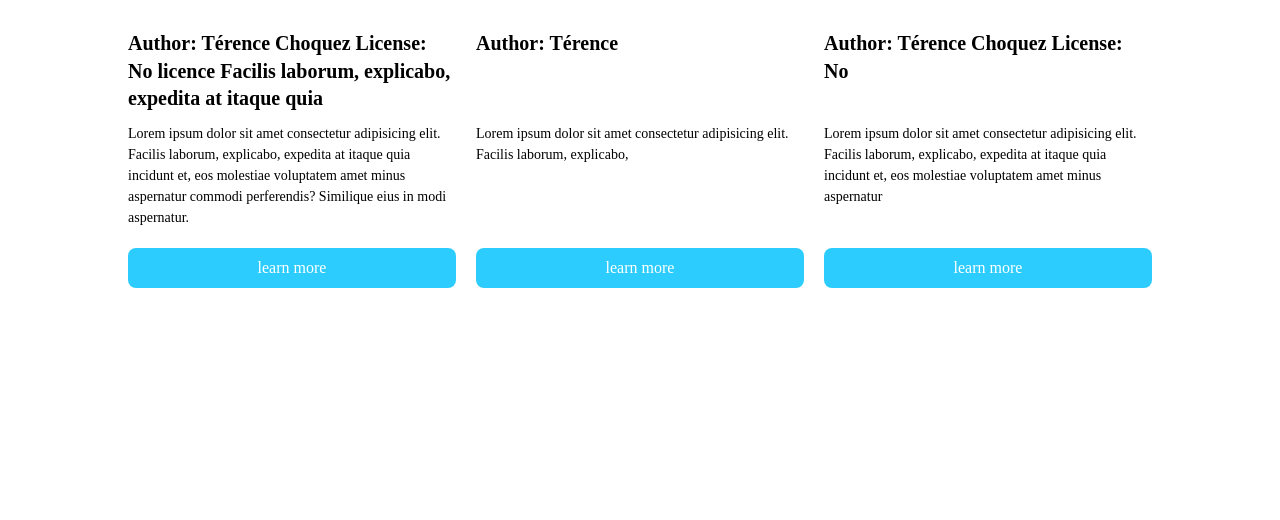
Repository: dinhhaidh/subgrid
Page: index.html
These files come from the project's save history. The page is drawn as it stood at one moment and after a run of saves; the edit follows.
The browser window is 1280 px wide. The pictures show the part of the page from y = 220 to 740 px (the page is 740 px tall).

Above is the page before, as saved 2024-01-08 15:37:16.

### index.html
<!DOCTYPE html>
<html lang="en">
<head>
    <meta charset="UTF-8">
    <meta name="viewport" content="width=device-width, initial-scale=1.0">
    <title>Document</title>
    <link rel="stylesheet" href="style.css">
</head>
<body>
    <div class="card-list">
        <div class="card">
            <div class="card-image">
                <img src="https://images.unsplash.com/photo-1506946526854-9aad1ec915cb?q=80&w=1887&auto=format&fit=crop&ixlib=rb-4.0.3&ixid=M3wxMjA3fDB8MHxwaG90by1wYWdlfHx8fGVufDB8fHx8fA%3D%3D" alt="">
            </div>
            <h3 class="card-title">Author: Térence Choquez License: No licence Facilis laborum, explicabo, expedita at itaque quia</h3>
            <p class="card-desc">Lorem ipsum dolor sit amet consectetur adipisicing elit. Facilis laborum, explicabo, expedita at itaque quia incidunt et, eos molestiae voluptatem amet minus aspernatur commodi perferendis? Similique eius in modi aspernatur.
            </p>
            <a href="#" class="card-more">learn more</a>
        </div>
        <div class="card">
            <div class="card-image">
                <img src="https://images.unsplash.com/photo-1506946526854-9aad1ec915cb?q=80&w=1887&auto=format&fit=crop&ixlib=rb-4.0.3&ixid=M3wxMjA3fDB8MHxwaG90by1wYWdlfHx8fGVufDB8fHx8fA%3D%3D" alt="">
            </div>
            <h3 class="card-title">Author: Térence </h3>
            <p class="card-desc">Lorem ipsum dolor sit amet consectetur adipisicing elit. Facilis laborum, explicabo,</p>
            <a href="#" class="card-more">learn more</a>
        </div>
        <div class="card">
            <div class="card-image">
                <img src="https://images.unsplash.com/photo-1506946526854-9aad1ec915cb?q=80&w=1887&auto=format&fit=crop&ixlib=rb-4.0.3&ixid=M3wxMjA3fDB8MHxwaG90by1wYWdlfHx8fGVufDB8fHx8fA%3D%3D" alt="">
            </div>
            <h3 class="card-title">Author: Térence Choquez License: No </h3>
            <p class="card-desc">Lorem ipsum dolor sit amet consectetur adipisicing elit. Facilis laborum, explicabo, expedita at itaque quia incidunt et, eos molestiae voluptatem amet minus aspernatur
            </p>
            <a href="#" class="card-more">learn more</a>
        </div>
    </div>
</body>
</html>

### style.css
*,
*:before,
*:after {
  box-sizing: border-box;
}
* {
  margin: 0;
  padding: 0;
  font: inherit;
}
img,
picture,
svg,
video {
  display: block;
  max-width: 100%;
}
input,
select,
textarea {
  background-color: transparent;
  outline: none;
}
button {
  cursor: pointer;
  background-color: transparent;
  outline: none;
  border: 0;
}
body {
  min-height: 100vh;
  font-weight: 400;
  font-size: 16px;
  line-height: 1;
}
.card-list{
    display: grid;
    grid-template-columns: repeat(3, minmax(0, 1fr));
    gap: 20px;
    max-width: 1024px;
    margin: 20px auto;
}
.card-image{
    height: 200px;
    margin-bottom: 20px;
}
.card-image img {
    width: 100%;
    height: 100%;
    object-fit: cover;
}
.card-title{
    font-size: 20px;
    font-weight: 600;
    margin-bottom: 10px;
    margin-top: 10px;
    line-height: 1.375;
}
.card-desc{
    font-size: 14px;
    line-height: 1.5;
    margin-bottom: 20px;
}
.card-more{
    display: block;
    text-decoration: none;
    color: white;
    background-color: #2cccff;
    padding: 12px;
    border-radius: 8px;
    text-align: center;
}
.card{
    display: grid;
    grid-template-rows: subgrid;
    grid-row: span  4;
    /* grid-row: span  4; nó tương ứng vs 4 phần tử */
    gap: 0;

}

After the next 2 saves:
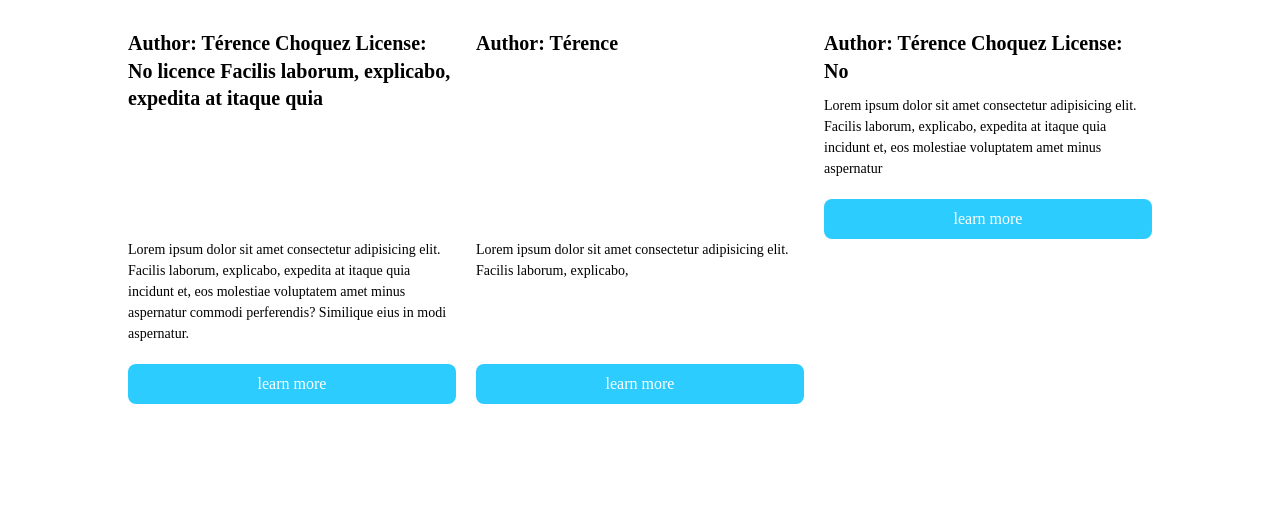
The 2 saves are shown as one change because they came seconds apart.
The last was saved 2 min 6 s later.
--- a/index.html
+++ b/index.html
@@ -29,10 +29,12 @@
             <div class="card-image">
                 <img src="https://images.unsplash.com/photo-1506946526854-9aad1ec915cb?q=80&w=1887&auto=format&fit=crop&ixlib=rb-4.0.3&ixid=M3wxMjA3fDB8MHxwaG90by1wYWdlfHx8fGVufDB8fHx8fA%3D%3D" alt="">
             </div>
-            <h3 class="card-title">Author: Térence Choquez License: No </h3>
-            <p class="card-desc">Lorem ipsum dolor sit amet consectetur adipisicing elit. Facilis laborum, explicabo, expedita at itaque quia incidunt et, eos molestiae voluptatem amet minus aspernatur
-            </p>
-            <a href="#" class="card-more">learn more</a>
+            <d>
+                <h3 class="card-title">Author: Térence Choquez License: No </h3>
+                <p class="card-desc">Lorem ipsum dolor sit amet consectetur adipisicing elit. Facilis laborum, explicabo, expedita at itaque quia incidunt et, eos molestiae voluptatem amet minus aspernatur
+                </p>
+                <a href="#" class="card-more">learn more</a>
+            </d>
         </div>
     </div>
 </body>
